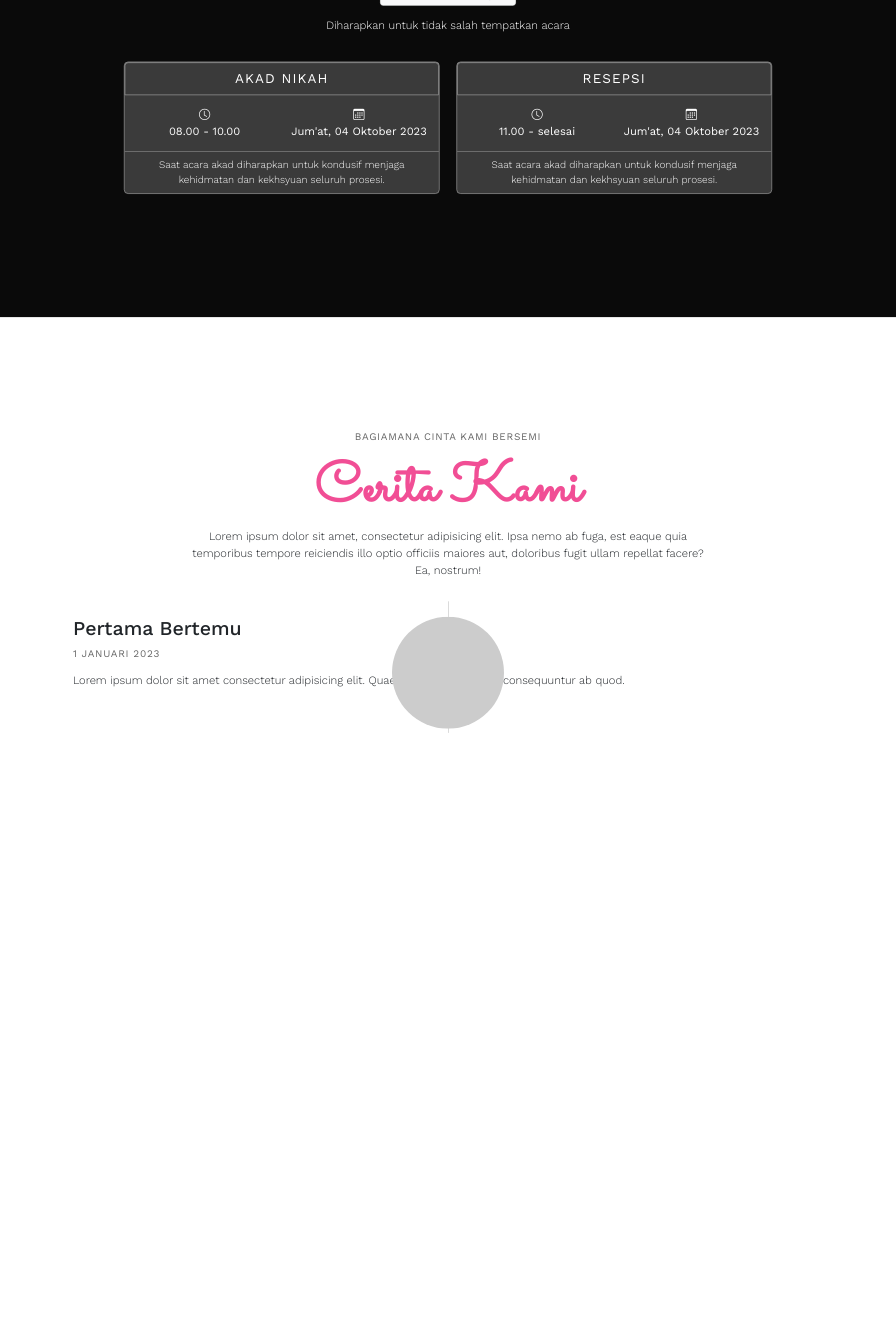
Repository: sellayspy/invitation
Page: index.html
These files come from the project's save history. The page is drawn as it stood at one moment and after the next save; the edit follows.
The browser window is 1280 px wide. The pictures show the part of the page from y = 2070 to 3990 px (the page is 4000 px tall), at 70% of full size.

Above is the page before, as saved 2024-07-08 19:22:02.

### index.html
<!DOCTYPE html>
<html lang="en">
  <head>
    <meta charset="utf-8" />
    <meta name="viewport" content="width=device-width, initial-scale=1" />
    <title>Dela & Roni</title>
    <link
      href="https://cdn.jsdelivr.net/npm/bootstrap@5.3.3/dist/css/bootstrap.min.css"
      rel="stylesheet"
      integrity="sha384-QWTKZyjpPEjISv5WaRU9OFeRpok6YctnYmDr5pNlyT2bRjXh0JMhjY6hW+ALEwIH"
      crossorigin="anonymous"
    />
    <link rel="preconnect" href="https://fonts.googleapis.com" />
    <link rel="preconnect" href="https://fonts.gstatic.com" crossorigin />
    <link
      href="https://fonts.googleapis.com/css2?family=Sacramento&family=Work+Sans:ital,wght@0,100..900;1,100..900&display=swap"
      rel="stylesheet"
    />

    <!--Simple Coutdown-->
    <link rel="stylesheet" href="coutdown/simplyCountdown.theme.default.css" />
    <script src="coutdown/simplyCountdown.min.js"></script>

    <!--Custom CSS Icon-->
    <link rel="stylesheet" href="https://cdn.jsdelivr.net/npm/bootstrap-icons@1.11.3/font/bootstrap-icons.min.css">

    <link rel="stylesheet" href="style.css" />
  </head>
  <body>
    <section
      id="hero"
      class="hero w-100 h-100 p-3 mx-auto text-center d-flex justify-content-center align-items-center text-white"
    >
      <main>
        <h4>Kepada Bapak/Ibu/Saudara/i,</h4>
        <h1>Dela Sri Aprialini & Roni Sahroni</h1>
        <p>Akan melangsungkan resepsi pernikahan dalam:</p>
        <div class="simply-countdown"></div>
        <a href="#undangan" class="btn btn-lg mt-4">Lihat Undangan</a>
      </main>
    </section>

    <nav class="navbar navbar-expand-md bg-transparent sticky-top mynavbar">
      <div class="container">
        <a class="navbar-brand" href="#">Spy</a>
        <button
          class="navbar-toggler border-0"
          type="button"
          data-bs-toggle="offcanvas"
          data-bs-target="#offcanvasNavbar"
          aria-controls="offcanvasNavbar"
          aria-label="Toggle navigation"
        >
          <span class="navbar-toggler-icon"></span>
        </button>
        <div
          class="offcanvas offcanvas-end"
          tabindex="-1"
          id="offcanvasNavbar"
          aria-labelledby="offcanvasNavbarLabel"
        >
          <div class="offcanvas-header">
            <h5 class="offcanvas-title" id="offcanvasNavbarLabel">Spy</h5>
            <button
              type="button"
              class="btn-close"
              data-bs-dismiss="offcanvas"
              aria-label="Close"
            ></button>
          </div>
          <div class="offcanvas-body">
            <div class="navbar-nav ms-auto">
              <a class="nav-link" href="#home">Home</a>
              <a class="nav-link" href="#info">Info</a>
              <a class="nav-link" href="#story">Story</a>
              <a class="nav-link" href="#gallery">Gallery</a>
              <a class="nav-link" href="#rsvp">RSVP</a>
              <a class="nav-link" href="#gifts">Gifts</a>
            </div>
          </div>
        </div>
      </div>
    </nav>

    <section id="home" class="home">
      <div class="container">
        <div class="row justify-content-center">
          <div class="col-md-8 text-center">
            <h2>Acara Pernikahan</h2>
            <h3>
              Diselenggarakan pada 04 oktober 2024 di Tasikmalaya, Jawa Barat
            </h3>
            <p>
              Oleh karena itu, dengan segala hormat, kami bermaksud untuk
              mengundang Bapak/Ibu, Saudara/i, untuk hadir pada acara pernikahan
              kami.
            </p>
          </div>
        </div>

        <div class="row couple">
          <div class="col-lg-6">
            <div class="row">
              <div class="col-8 text-end">
                <h3>Roni Sahroni</h3>
                <p>
                  Lorem ipsum dolor, sit amet consectetur adipisicing elit. Quis
                  rerum qui, placeat harum quod saepe eius necessitatibus sunt
                  doloremque! Aperiam, laborum doloribus quos sit et adipisci
                  molestias iure sunt dolorum?
                </p>
                <p>
                  Putra dari Bpk. Lorem <br />
                  dan Ibu Ipsum
                </p>
              </div>
              <div class="col-4">
                <img
                  src="img/Desain tanpa judul (1).jpg"
                  alt="Roni Sahroni"
                  class="img-responsive rounded-circle"
                />
              </div>
            </div>
          </div>

          <span class="heart"><i class="bi bi-heart-fill"></i></span>

          <div class="col-lg-6">
            <div class="row">
              <div class="col-4">
                <img
                  src="img/Desain tanpa judul (2).jpg"
                  alt="Dela Sri"
                  class="img-responsive rounded-circle"
                />
              </div>
              <div class="col-8">
                <h3>Dela Sri</h3>
                </h3>
                <p>
                  Lorem ipsum dolor, sit amet consectetur adipisicing elit. Quis
                  rerum qui, placeat harum quod saepe eius necessitatibus sunt
                  doloremque! Aperiam, laborum doloribus quos sit et adipisci
                  molestias iure sunt dolorum?
                </p>
                <p>
                  Putra dari Bpk. Lorem <br />
                  dan Ibu Ipsum
                </p>
              </div>
            </div>
          </div>
        </div>
      </div>
    </section>

    <section id="info" class="info">
      <div class="container">
        <div class="row justify-content-center">
          <div class="col-md-8 col-10 text-center">
            <h2>Informasi Acara</h2>
            <p class="alamat">Alamat: Gedung Kologdam, Kodiklat TNI AL AD. <br> Jl. Kologdam No. 1, Kec. Bandung</p>
            <a href="https://maps.app.goo.gl/j2RVmCKoAZy6CYFM9" target="_blank" class="btn btn-light btn-sm my-3">Klik untuk membuka peta</a>
            <p class="description">Diharapkan untuk tidak salah tempatkan acara</p>
          </div>
        </div>

        <div class="row justify-content-center mt-4">
          <div class="col-md-5 col-10">
            <div class="card text-center text-bg-light mb-5">
         <div class="card-header">Akad Nikah</div>
              <div class="card-body">
                <div class="row justify-content-center">
                  <div class="col-md-6">
                    <i class="bi bi-clock d-block"></i>
                    <span>08.00 - 10.00</span>
                  </div>
                  <div class="col-md-6">
                    <i class="bi bi-calendar3 d-block"></i>
                    <span>Jum'at, 04 Oktober 2023</span>
                  </div>
                </div>
             </div>
         <div class="card-footer">
          Saat acara akad diharapkan untuk kondusif menjaga kehidmatan dan kekhsyuan seluruh prosesi.
        </div>
          </div>
          </div>

          <div class="col-md-5 col-10">
            <div class="card text-center text-bg-light">
         <div class="card-header">Resepsi</div>
              <div class="card-body">
                <div class="row justify-content-center">
                  <div class="col-md-6">
                    <i class="bi bi-clock d-block"></i>
                    <span>11.00 - selesai</span>
                  </div>
                  <div class="col-md-6">
                    <i class="bi bi-calendar3 d-block"></i>
                    <span>Jum'at, 04 Oktober 2023</span>
                  </div>
                </div>
             </div>
         <div class="card-footer">
          Saat acara akad diharapkan untuk kondusif menjaga kehidmatan dan kekhsyuan seluruh prosesi.
        </div>
          </div>
          </div>
        </div>
      </div>
    </section>

    <section id="story" class="story">
      <div class="container">
        <div class="row justify-content-center">
          <div class="col-md-8 col-10 text-center">
            <span>Bagiamana Cinta Kami Bersemi</span>
            <h2>Cerita Kami</h2>
            <p>Lorem ipsum dolor sit amet, consectetur adipisicing elit. Ipsa nemo ab fuga, est eaque quia temporibus tempore reiciendis illo optio officiis maiores aut, doloribus fugit ullam repellat facere? Ea, nostrum!</p>
          </div>
        </div>
        <div class="row">
          <div class="col">
            <ul class="timeline">
              <li>
                <div class="timeline-image" style="background-image: url();"></div>
                <div class="timeline-panel">
                  <div class="timeline-heading">
                  <h3>Pertama Bertemu</h3>
                  <span>1 Januari 2023</span>
                </div>
                <div class="timeline-body">
                  <p>Lorem ipsum dolor sit amet consectetur adipisicing elit. Quae modi cumque alias consequuntur ab quod.</p>
                </div>
                </div>

              </li>
            </ul>
          </div>
        </div>
      </div>
    </section>

    <script
      src="https://cdn.jsdelivr.net/npm/bootstrap@5.3.3/dist/js/bootstrap.bundle.min.js"
      integrity="sha384-YvpcrYf0tY3lHB60NNkmXc5s9fDVZLESaAA55NDzOxhy9GkcIdslK1eN7N6jIeHz"
      crossorigin="anonymous"
    ></script>

    <script>
      simplyCountdown(".simply-countdown", {
        year: 2024, // required
        month: 10, // required
        day: 4, // required
        hours: 8, // Default is 0 [0-23] integer
        words: {
          //words displayed into the countdown
          days: { singular: "hari", plural: "hari" },
          hours: { singular: "jam", plural: "jam" },
          minutes: { singular: "menit", plural: "menit" },
          seconds: { singular: "detik", plural: "detik" },
        },
      });
    </script>

    <script>

      const hamburger = document.querySelector(".navbar-toggler");

      const stickyTop = document.querySelector(".sticky-top");

      hamburger.addEventListener("click", () => {
        stickyTop.style.overflow = 'visible'
      });

      const offCanvas = document.querySelector(".offcanvas");

      offCanvas.addEventListener("hidden.bs.offcanvas", () => {
        stickyTop.style.overflow = 'hidden'
      });

    </script>
  </body>
</html>

### coutdown/simplyCountdown.theme.default.css
.simply-countdown {
  overflow: hidden;
  display: table;
  font-family: "Arial", sans-serif;
  margin: auto;
}
.simply-countdown > .simply-section {
  width: 50px;
  height: 50px;
  padding: 80px;
  display: flex;
  align-items: center;
  justify-content: center;
  float: left;
  margin: 10px;
  background: var(--pink);
  box-shadow: 0 1px 3px rgba(0, 0, 0, 0.12), 0 1px 2px rgba(0, 0, 0, 0.24);
  border-radius: 50%;
}
.simply-countdown > .simply-section .simply-amount,
.simply-countdown > .simply-section .simply-word {
  display: block;
  text-align: center;
}
.simply-countdown > .simply-section .simply-amount {
  font-size: 1.6rem;
}

### style.css
:root {
  --pink: #f14e95;

  --bg: #0a0a0a;

  --shadow: 0 2px 2px rgb(0 0 0/ 0.5);
}

body {
  font-size: 1.2rem;
  font-family: "Work Sans", sans-serif;
  min-height: 4000px;
}

.hero::before {
  content: "";
  position: absolute;
  top: 0;
  left: 0;
  height: 100%;
  width: 100%;
  background-image: url(img/gambar-1.jpg);
  background-size: cover;
  background-position: center;
  z-index: -1;
  filter: blur(2px);
}

.hero {
  position: relative;
  min-height: 100vh;
}

.hero h1,
.hero h4,
.hero p {
  text-shadow: var(--shadow);
}

.hero h1 {
  font-family: "Sacramento", cursive;
  font-size: 6rem;
}

.hero h4 {
  font-size: 1.6rem;
}

.hero p {
  font-size: 1.4rem;
}

.hero a {
  color: var(--pink);

  background-color: white;

  box-shadow: var(--shadow);
}

.hero a:hover {
  background-color: var(--pink);
  color: white;
}

.mynavbar {
  background-color: rgba(255, 255, 255, 0.4) !important;
  backdrop-filter: blur(4px);
}

.mynavbar .offcanvas {
  height: 100vh;
}

.mynavbar .navbar-brand,
.mynavbar .offcanvas-title {
  font-family: "Sacramento", cursive;
  font-size: 3.2rem;
  font-weight: bold;
}

.mynavbar .nav-link {
  text-transform: uppercase;
}

.home {
  background-image: url(img/Desain\ tanpa\ judul.png);
  background-size: cover;
  min-height: 100vh;
  margin-top: -6rem;
  padding-top: 15rem;
  padding-bottom: 5rem;
}

.home h2,
.info h2,
.story h2 {
  color: var(--pink);
  font-family: "Sacramento", cursive;
  font-size: 5rem;
  font-weight: bold;
}

.home h3 {
  color: #444;
  font-size: 1.5rem;
  margin-bottom: 1rem;
}

.home p {
  font-size: 1.1rem;
  color: #666;
}

.home .couple {
  margin-top: 100px;
}

.home .couple h3 {
  font-family: "Sacramento";
  font-size: 2.4rem;
  color: var(--pink);
}

.home .couple img {
  width: 100%;
}

.home .heart {
  width: 50px;
  height: 50px;
  background-color: white;
  display: flex;
  border-radius: 50%;
  box-shadow: 0 0 5px rgba(0, 0, 0, 0.5);
  position: absolute;
  left: 50%;
  transform: translateX(-50%) translateY(65px);
}

.home .heart i {
  margin: auto;
  color: var(--pink);
}

.info {
  background-color: var(--bg);
  color: white;
  padding-top: 10rem;
  padding-bottom: 8rem;
}

.info .alamat {
  font-size: 1.1rem;
}

.info .description {
  font-size: 1rem;
  font-weight: 300;
}

.info .card {
  background-color: rgba(255, 255, 255, 0.2) !important;
  color: white !important;
  border: 1px solid #999;
}

.info .card-header {
  border: 1px solid #999;
  text-transform: uppercase;
  letter-spacing: 0.1rem;
}

.info .card-body {
  font-size: 1rem;
}

.info .card-footer {
  border-top: 1px solid #999;
  font-size: 0.9rem;
  font-weight: 300;
}

.story {
  padding-top: 10rem;
  padding-bottom: 8rem;
}

.story span {
  text-transform: uppercase;
  color: #666;
  font-size: 0.9rem;
  letter-spacing: 1px;
  margin-bottom: 1rem;
  display: block;
}

.story p {
  font-size: 1rem;
  font-weight: 300;
}

.timeline {
  list-style: none;
  padding: 1.4rem;
  margin-top: 1rem;
  position: relative;
}

.timeline::before {
  content: "";
  top: 0;
  bottom: 0;
  position: absolute;
  width: 1px;
  background-color: #ccc;
  left: 50%;
}

.timeline li {
  margin-bottom: 1.5rem;
  position: relative;
}

.timeline li::before,
.timeline li::after {
  content: "";
  display: table;
}

.timeline li::after {
  clear: both;
}

.timeline li .timeline-image {
  width: 160px;
  height: 160px;
  background-color: #ccc;
  position: absolute;
  left: 50%;
  transform: translateX(-50%);
  border-radius: 50%;
}
/* Media Query */

/* Extra large devices (large laptops and desktops, 1200px and up) */

@media (max-width: 1200px) {
  .home .heart {
    transform: translateX(-50%) translateY(45px);
  }
}

/* Laptop */
@media (max-width: 992px) {
  html {
    font-size: 75%;
  }
  .simply-countdown > .simply-section {
    padding: 70px;
  }

  .home .heart {
    display: none;
  }
}

/* Tablet */
@media (max-width: 768px) {
  html {
    font-size: 65%;
  }
  .simply-countdown > .simply-section {
    padding: 60px;
    margin: 5px;
  }

  .mynavbar .nav-link {
    font-size: 2rem;
    text-align: center;
  }

  .sticky-top {
    overflow: hidden;
  }
}

/* mobile phone */
@media (max-width: 576px) {
  html {
    font-size: 55%;
  }
  .simply-countdown > .simply-section {
    padding: 45px;
    margin: 3px;
  }
}

Loaded but not shown: coutdown/simplyCountdown.min.js (library)

After the next save:
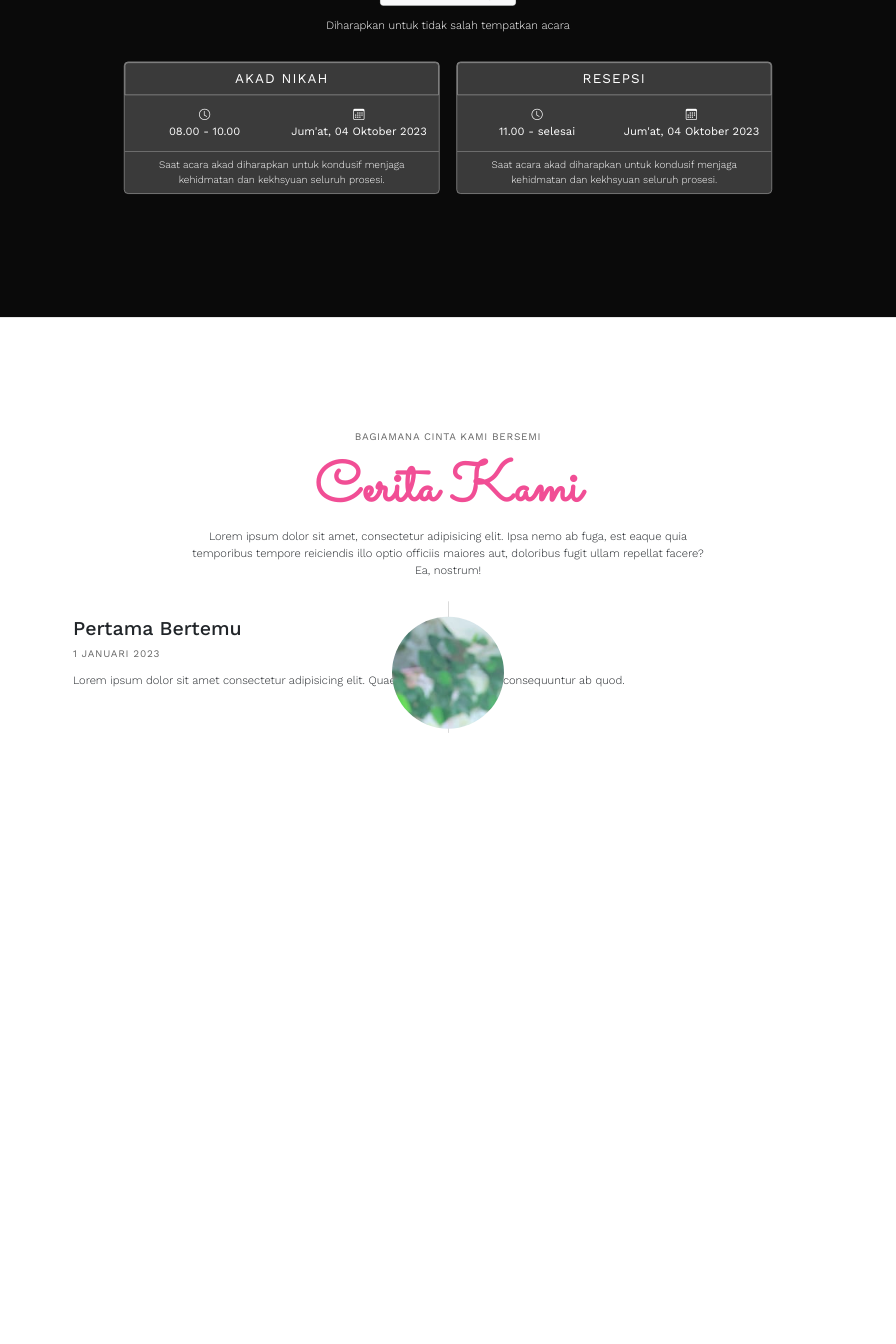
Saved 88 s later.
--- a/index.html
+++ b/index.html
@@ -225,7 +225,7 @@
           <div class="col">
             <ul class="timeline">
               <li>
-                <div class="timeline-image" style="background-image: url();"></div>
+                <div class="timeline-image" style="background-image: url(img/img-4.jpg);"></div>
                 <div class="timeline-panel">
                   <div class="timeline-heading">
                   <h3>Pertama Bertemu</h3>
